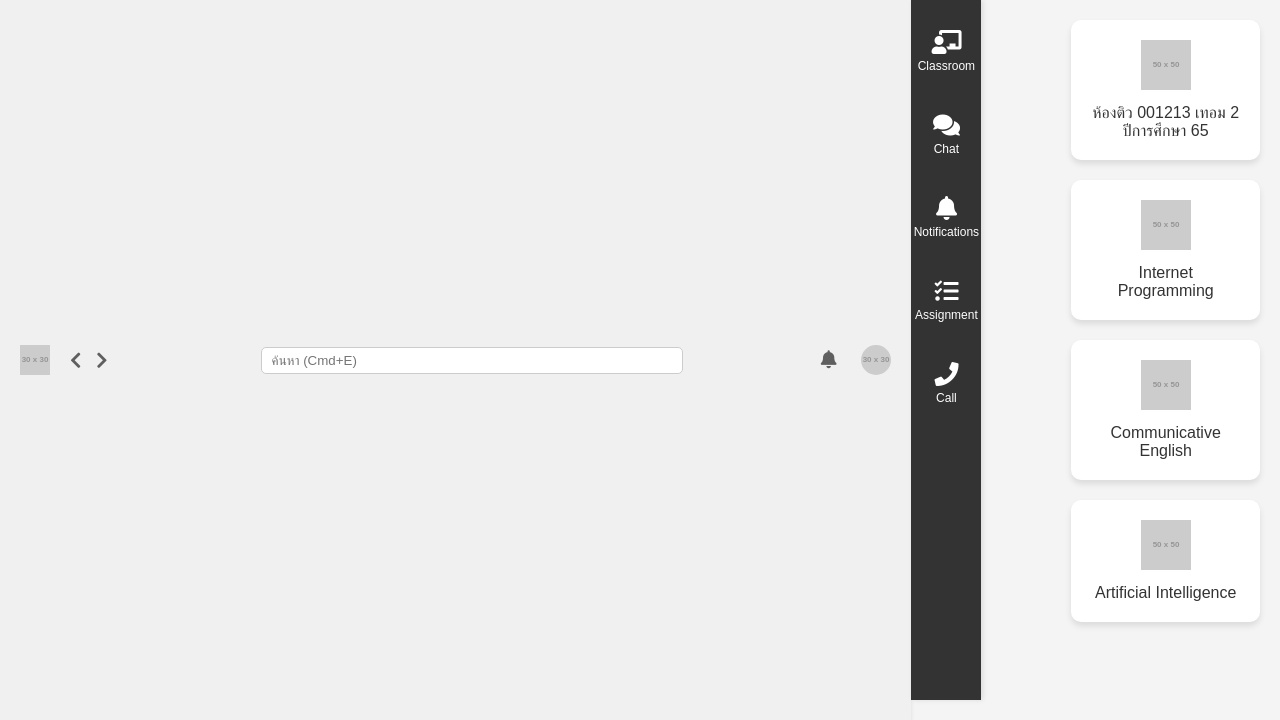
Repository: praifas16/ProPro
Page: docs/studenthead.html
These files come from the project's save history. The page is drawn as it stood at one moment and after the next save; the edit follows.
The browser window is 1280 px wide. The pictures show the whole page.

Above is the page before, as saved 2024-08-21 20:51:42.

After the next save:
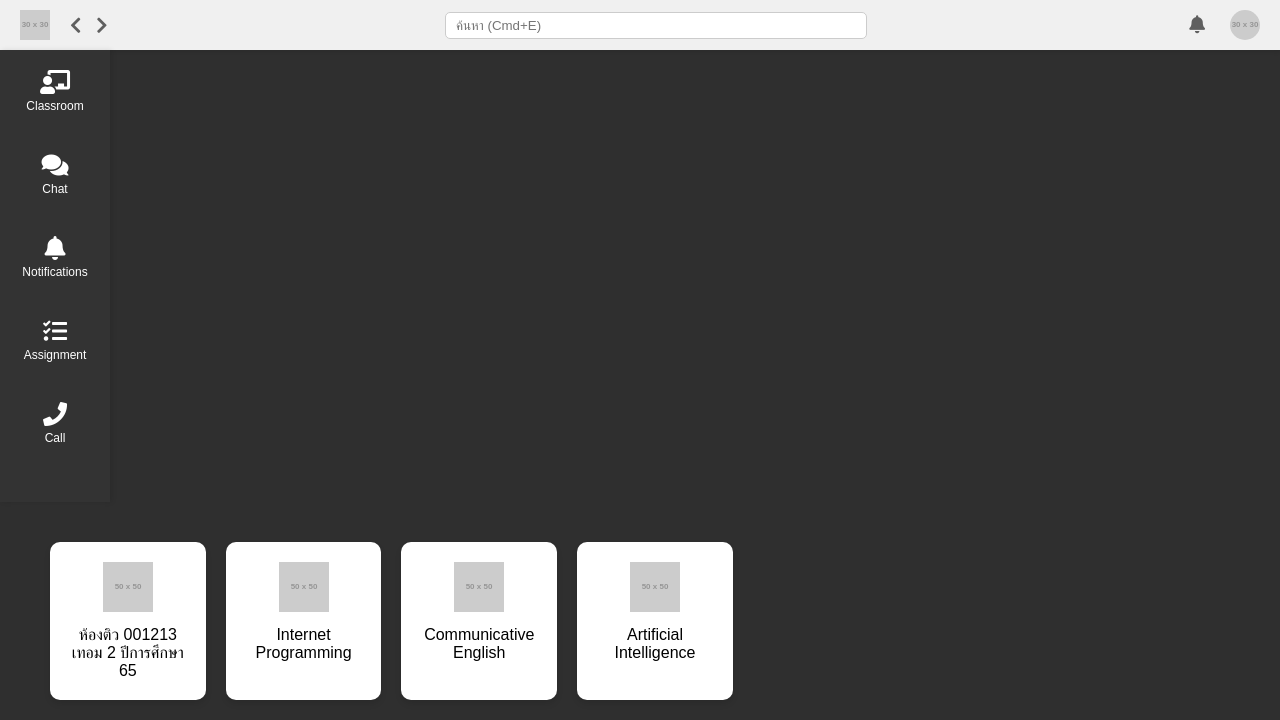
Saved 14 s later.
--- a/docs/studenthead.html
+++ b/docs/studenthead.html
@@ -10,8 +10,9 @@
         font-family: Arial, sans-serif;
         margin: 0;
         padding: 0;
-        background-color: #f4f4f4;
-        display: flex;
+        background-color: #2f2f2f;
+        display: flex;
+        flex-direction: column;
         height: 100vh;
       }
 
@@ -23,7 +24,6 @@
         align-items: center;
         justify-content: space-between;
         box-shadow: 0px 2px 4px rgba(0, 0, 0, 0.1);
-        width: 100%;
       }
 
       .topbar .left-section {
@@ -95,7 +95,7 @@
         background-color: #333;
         color: white;
         height: calc(100vh - 60px); /* Adjusted to take into account the topbar height */
-        padding: 20px 0;
+        padding: 20px 20px;
         box-shadow: 2px 0 5px rgba(0, 0, 0, 0.1);
         display: flex;
         flex-direction: column;
@@ -103,11 +103,7 @@
       }
 
       .menu-items {
-        flex-grow: 1;
-        display: flex;
-        flex-direction: column;
-        align-items: center;
-        justify-content: flex-start;
+        margin-top: -10px; /* ขยับเมนูขึ้นไปด้านบน */
       }
 
       .sidebar a {
@@ -125,7 +121,7 @@
       .sidebar a:hover {
         background-color: #5f5f5f;
         border-radius: 4px;
-        width: 100%;
+        width: 80%;
         text-align: center;
       }
 
@@ -137,15 +133,14 @@
       /* โครงสร้างหน้าเว็บหลัก */
       .main-content {
         flex-grow: 1;
-        padding: 20px;
-        margin-left: 70px; /* ปรับให้สอดคล้องกับ sidebar */
+        padding: 10px 20px 20px 50px; /* ลด padding-top เพื่อขยับขึ้น */
       }
 
       .container {
         display: grid;
         grid-template-columns: repeat(auto-fill, minmax(150px, 1fr));
         gap: 20px;
-        padding-top: 0px;
+        padding-top: 30px; /* ปรับ padding-top ของ container */
       }
 
       .card {
@@ -170,7 +165,6 @@
       .card p {
         margin: 0;
         font-size: 16px;
-        color: #333;
       }
     </style>
   </head>
@@ -200,7 +194,9 @@
     <!-- เมนูแถบข้าง -->
     <div class="sidebar">
       <div class="menu-items">
-        <a href="#"><i class="fa fa-chalkboard-teacher"></i><span>Classroom</span></a>
+        <a href="#"
+          ><i class="fa fa-chalkboard-teacher"></i><span>Classroom</span></a
+        >
         <a href="#"><i class="fa fa-comments"></i><span>Chat</span></a>
         <a href="#"><i class="fa fa-bell"></i><span>Notifications</span></a>
         <a href="#"><i class="fa fa-tasks"></i><span>Assignment</span></a>
